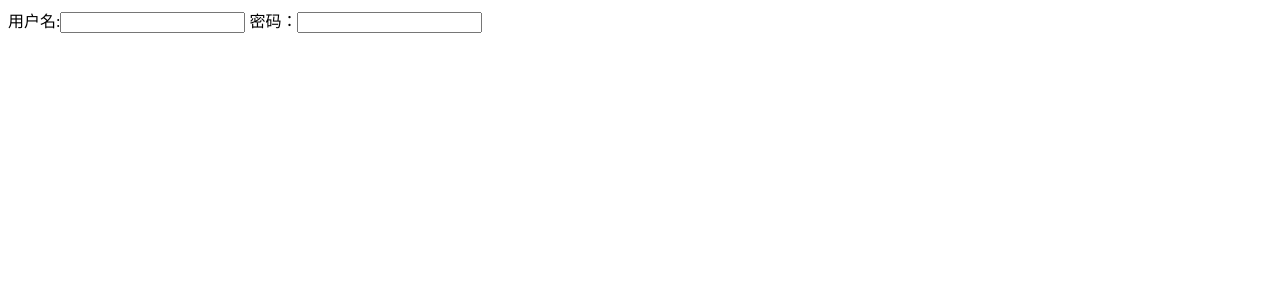
Repository: shunchensaber/Javaweb
Page: Web/WebContent/WebText1.html
The author's editor kept a copy of each file at every save. The page is drawn from the files as they stood at one save, then again after the next save.
The browser window is 1280 px wide. The pictures show the whole page.

Above is the page before, as saved 2019-03-24 07:41:06.

### Web/WebContent/WebText1.html
<!DOCTYPE html>
<html>
<head>
<meta charset="UTF-8">
<title>用户登录</title>
</head>
<body>
<form action="">
用户名:<input type ="text" name = "name">
密码：<input tyep = "password" name = "password">
</form>

</body>
</html>

After the next save:
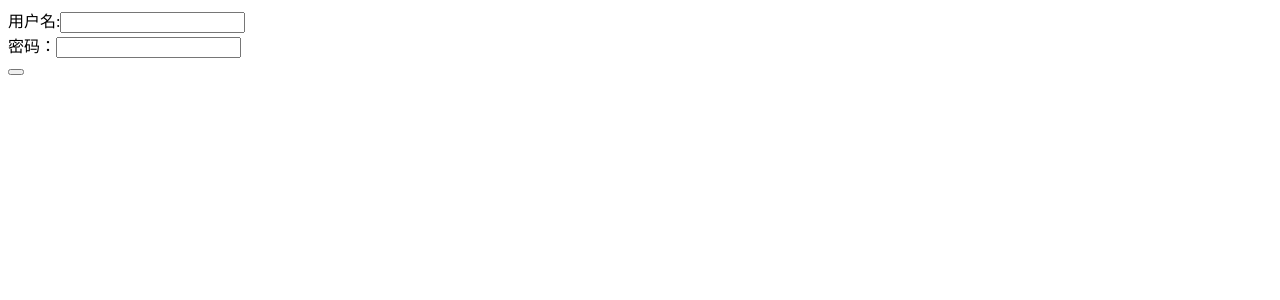
Saved 7 min 13 s later.
--- a/Web/WebContent/WebText1.html
+++ b/Web/WebContent/WebText1.html
@@ -7,7 +7,10 @@
 <body>
 <form action="">
 用户名:<input type ="text" name = "name">
+<br>
 密码：<input tyep = "password" name = "password">
+<br>
+<button type="submmit" name ="subbmit" value = "提交"></button>
 </form>
 
 </body>
